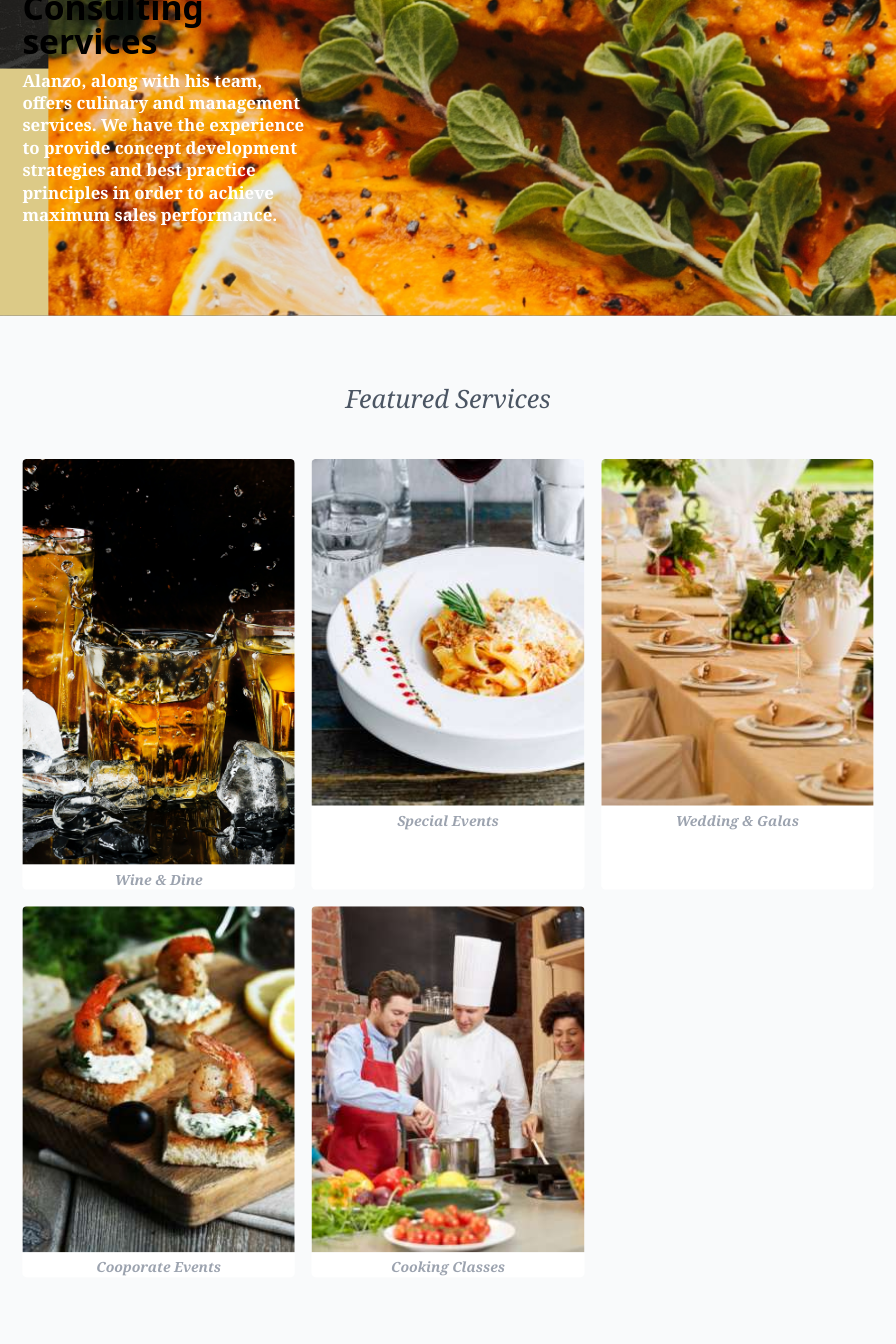
Repository: remydev47/alanzo
Page: /
The author's editor kept a copy of each file at every save. The page is drawn from the files as they stood at one save, then again after the next save.
The browser window is 1280 px wide. The pictures show the part of the page from y = 2184 to 4104 px (the page is 4105 px tall), at 70% of full size.
The project was rebuilt for these pictures with package versions that can differ from the ones it lists, and the page was loaded fresh each time. The framework's server and built-in components were replaced by stand-ins that run in the browser. Also part of the build but not shown: next.config.js, components/Menu.tsx, components/Testimonials.tsx, components/CTA.tsx, components/Footer.tsx.

Above is the page before, as saved 2022-12-17 13:10:43.

After the next save:
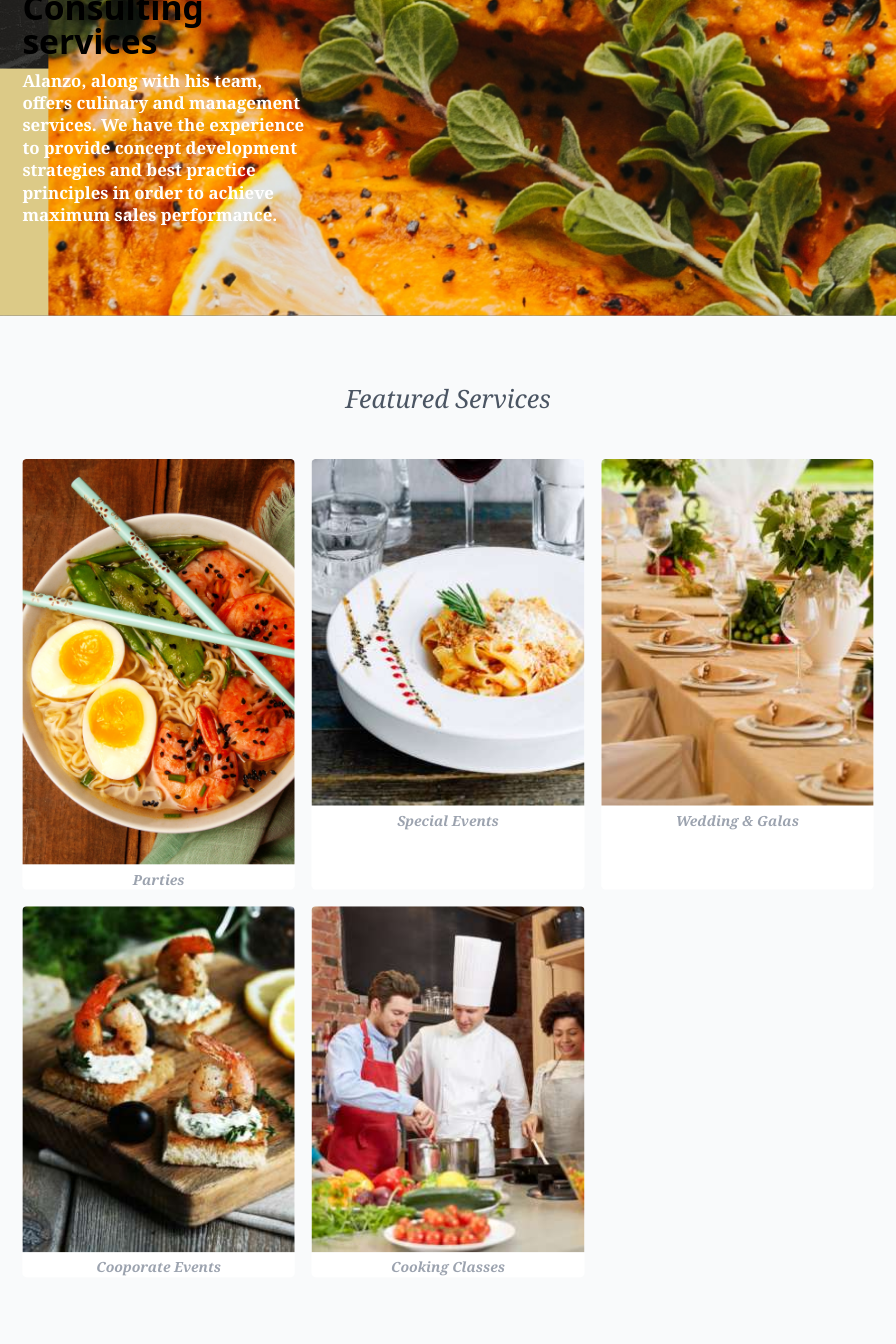
Saved 71 s later.
--- a/components/Catering.tsx
+++ b/components/Catering.tsx
@@ -2,8 +2,8 @@
 
 const services=[
   {
-    image:'/images/3.png',
-    title:'Wine & Dine',
+    image:'/images/4.png',
+    title:'Parties',
     description:'',
   },
   {
